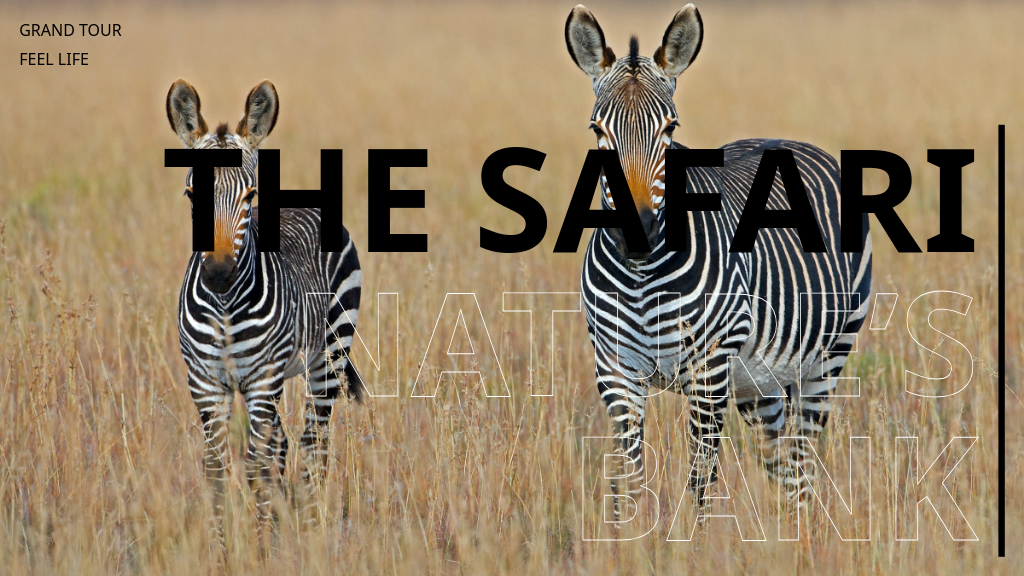
Repository: mikol-ux/Safari
Page: /
An editor plug-in stored every save of this project. The page is shown before and after the next save, followed by the edit.
The browser window is 1280 px wide. The pictures show the whole page, at 80% of full size.
The project was rebuilt for these pictures with package versions that can differ from the ones it lists, and the page was loaded fresh each time. The framework's server and built-in components were replaced by stand-ins that run in the browser. Also part of the build but not shown: next.config.ts.

Above is the page before, as saved 2025-05-29 04:15:14.

After the next save:
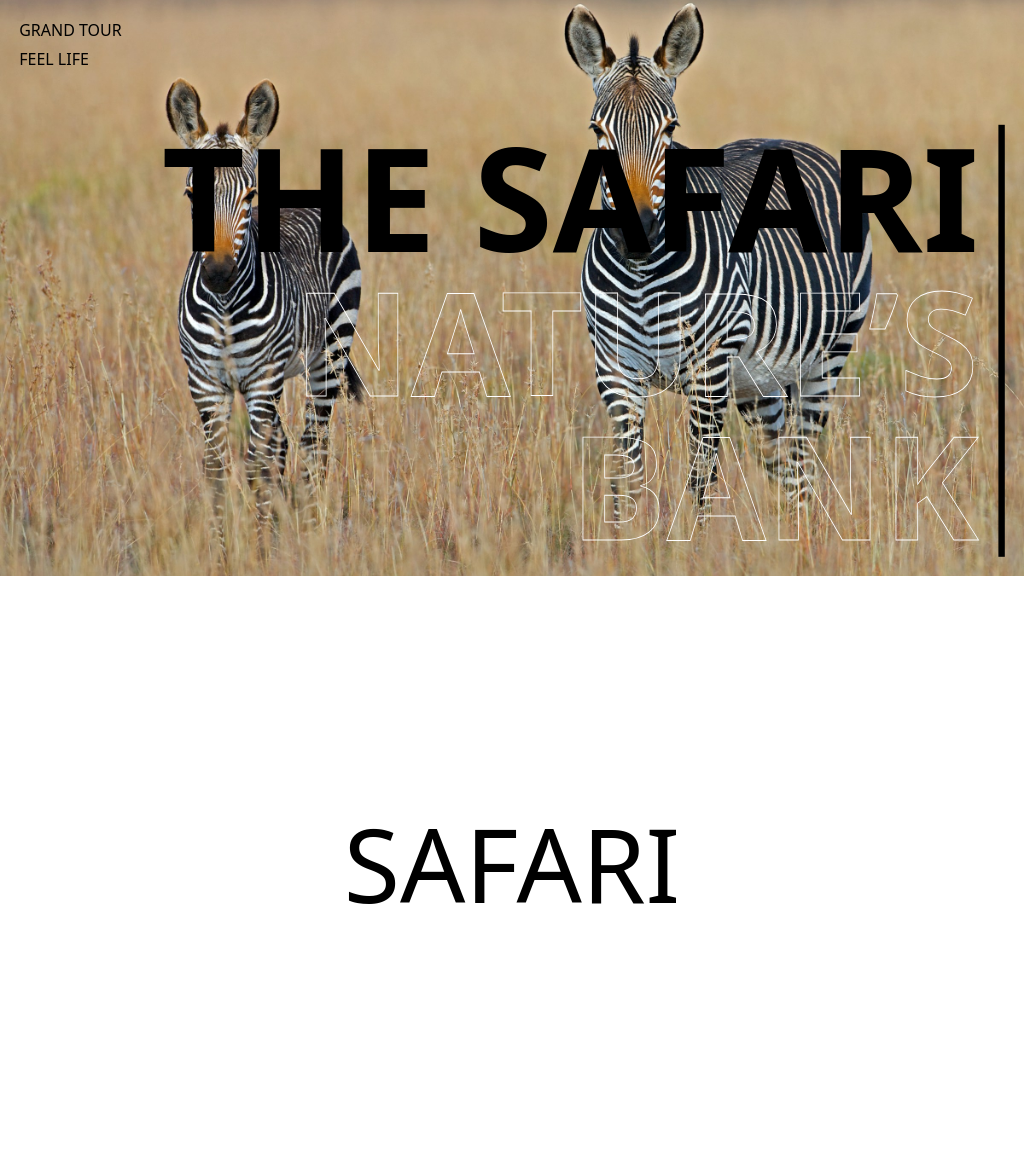
Saved 19 s later.
--- a/app/page.tsx
+++ b/app/page.tsx
@@ -1,9 +1,11 @@
 import HeroSection from "./section/Hero";
+import Live from "./section/Live";
 
 export default function Home() {
 	return (
 		<main>
 			<HeroSection />
+			<Live />
 		</main>
 	);
 }
